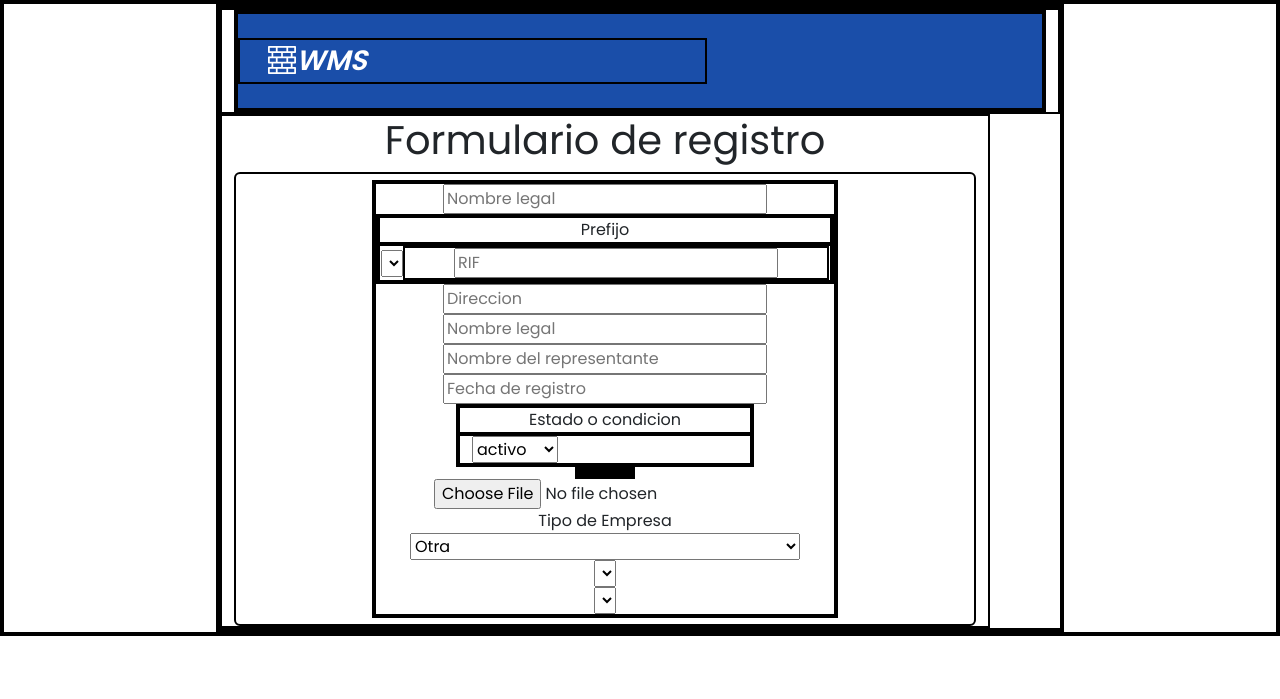
Repository: Rafa-x64/Gestion_inventario_practica
Page: http://localhost/Gestion_inventario/index.php?page=registro-empresa
These files come from the project's save history. The page is drawn as it stood at one moment and after a run of saves; the edit follows.
The browser window is 1280 px wide. The pictures show the whole page.
The page is run by PHP 8.4 with error messages shown; the project is at /var/www/html/.

Above is the page before, as saved 2025-07-23 17:08:12.

### index.php
<?php
require_once "config/app.php";
require_once "controller/vistaC.php";

$controlador = new vistaC();
$controlador->cargarVista();

### config/app.php
<?php

const SERVERURL = "http://localhost/Gestion_inventario/";

const NOMBRE_APLICACION = "WMS";

const MONEDA = ["bolivar" => "Bs.", "dolar" => "$", "euro" => "€", "pesos" => "$", "real" => "R$"];

date_default_timezone_set("America/Caracas");

### controller/vistaC.php
<?php
require_once("./model/vistaM.php"); //debe incluir el codigo del modelo

class vistaC extends vistaM //extiende del modelo para usar sus metodos
{

    public function cargarVista() //funcion que carga la vista segun la url que se obtiene como parametro
    {
        if (isset($_GET["page"])) { //page es el parametro especificado en .htaccess
            $vista = self::obtenerVista($_GET["page"]); //se asigna esa url a vista si esta establecido
        } else {
            $vista = "inicio-view.php"; //se muestra el inicio si no esta establecido el parametro en la url
        }

        require("view/plantilla.php"); //se requiere la plantilla para poder mostrar esa vista
    }
}

### model/vistaM.php
<?php

class vistaM
{
    //metodo que obtiene la vista que se le asigna en $pagina
    protected static function obtenerVista($pagina) //recive una variable pagina
    {
        $paginas_existentes = ["404", "inicio-sesion", "inicio", "registro-empresa"]; //lista de paginas del proyecto
        if (!in_array($pagina, $paginas_existentes)) { //si no esta en el array entonces...
            return "404-view.php"; //pagina de 404
            exit();
        }

        return $pagina . "-view.php"; //retorna $pagina-view para ser abierta por el controlador si esa pagina existe en la lista
    }
}

### view/plantilla.php
    <?php

    //aqui se ejecuta la vista y se muestran los includes si la pagina cumple cierta condicion

    if ($vista != "inicio-view.php" && $vista != "404-view.php" && $vista != "inicio-sesion-view.php" && $vista != "registro-empresa-view.php") {
        include("view/includes/links.php");
        require("view/includes/header.html");
        include("php/" . $vista);
        require("view/includes/footer.html");
        include("view/includes/scripts.php");
    }

    include("view/includes/links.php");
    require("php/" . $vista);
    include("view/includes/scripts.php");

    ?>

### view/includes/links.php
<!DOCTYPE html>
<html lang="en">

<head>
    <meta charset="UTF-8">
    <meta name="viewport" content="width=device-width, initial-scale=1.0">
    <title><?php echo NOMBRE_APLICACION; ?></title>
    <link href="https://cdn.jsdelivr.net/npm/bootstrap@5.3.7/dist/css/bootstrap.min.css" rel="stylesheet"
        integrity="sha384-LN+7fdVzj6u52u30Kp6M/trliBMCMKTyK833zpbD+pXdCLuTusPj697FH4R/5mcr" crossorigin="anonymous">
    <link rel="stylesheet" href="https://cdn.jsdelivr.net/npm/bootstrap-icons@1.10.5/font/bootstrap-icons.css">
    <link rel="stylesheet" href="<?php echo SERVERURL ?>view/css/bordes.css">
    <link rel="stylesheet" href="<?php echo SERVERURL ?>view/css/inicio-view.css">
    <link rel="shortcut icon" href="<?php echo SERVERURL ?>view/images/bootstrap-fill.ico" type="image/x-icon">
    <link rel="stylesheet" href="<?php echo SERVERURL ?>view/css/registro-empresa-view.css">
</head>

<body>

### view/php/registro-empresa-view.php
<style>
    [class*="col"],
    [class*="row"],
    [class*="section"] {
        border: 2px solid black;
    }

    [class*="container"] {
        border: 2px solid black;
    }
</style>
<div class="container-fluid">
    <div class="row d-flex flex-column align-items-center justify-content-center">
        <div class="col-8 align-items-center justify-content-center">
            <div class="row">
                <div class="col">
                    <header id="barra-navegacion">
                        <div class="container-fluid pt">
                            <div class="row flex-row py-4">
                                <div class="col-7 d-flex flex-row justify-content-start">
                                    <i class="bi bi-bricks fs-3 ps-3 text-white">WMS</i>
                                </div>
                            </div>
                        </div>
                    </header>
                </div>
                <div class="col-11 d-flex flex-column align-items-center justify-content-center">
                    <h1>Formulario de registro</h1>
                    <form action="" method="post" class="form-control d-flex flex-column align-items-center justify-content-center">
                        <div class="row d-flex flex-row align-items-center justify-content-center">
                            <div class="col-12 d-flex flex-column align-items-center justify-content-center">
                                <input type="text" name="" id="nombre_legal" placeholder="Nombre legal">
                                <div class="row">
                                    <div class="col-12 text-center">
                                        <label for="prefijo">Prefijo</label>
                                    </div>
                                    <div class="col-12 d-flex flex-row align-items-center justify-content-center">
                                        <select name="prefijo" id="prefijo">
                                            <option value="J"></option>
                                            <option value="G"></option>
                                            <option value="P"></option>
                                            <option value="C"></option>
                                        </select>
                                        <div class="col-12 d-flex flex-row align-items-center justify-content-center">
                                            <input type="text" name="" id="rif" placeholder="RIF">
                                        </div>
                                    </div>
                                </div>
                                <input type="text" name="" id="direccion" placeholder="Direccion">
                                <input type="text" name="" id="nombre_legal" placeholder="Nombre legal">
                                <input:mail id="correo" placeholder="Correo electronico"></input:mail>
                                <input type="text" name="" id="nombre_representante" placeholder="Nombre del representante"><input type="text" name="" id="fecha_registro" placeholder="Fecha de registro">
                                <div class="row">
                                    <div class="col-12 text-center">
                                        <label for="estado_condicion">Estado o condicion</label>
                                    </div>
                                    <div class="col-12">
                                        <select name="estado_condicion" id="estado_condicion">
                                            <option value="activo">activo</option>
                                            <option value="inactivo">inactivo</option>
                                        </select>
                                    </div>
                                </div>
                                <div class="row">
                                    <div class="col-12"></div>
                                    <div class="col-12"></div>
                                </div>
                                <label for="logo"></label>
                                <input type="file" name="logo" id="logo">
                                <label for="tipo_empresa">Tipo de Empresa</label>
                                <select name="tipo_empresa" id="tipo_empresa">
                                    <option value="otra">Otra</option>
                                    <option value="persona_natural">Persona Natural</option>
                                    <option value="sociedad_anonima">Sociedad Anónima (S.A.)</option>
                                    <option value="sociedad_de_responsabilidad_limitada">Sociedad de Responsabilidad Limitada (S.R.L.)</option>
                                    <option value="sociedad_comanditaria">Sociedad Comanditaria</option>
                                    <option value="sociedad_civil">Sociedad Civil</option>
                                    <option value="cooperativa">Cooperativa</option>
                                    <option value="fundacion">Fundación</option>
                                    <option value="comunidad_de_bienes">Comunidad de Bienes</option>
                                    <option value="empresa_del_estado">Empresa del Estado</option>
                                    <option value="comercial">Comercial</option>
                                    <option value="industrial">Industrial</option>
                                    <option value="servicios">Servicios</option>
                                    <option value="agropecuario">Agropecuario</option>
                                    <option value="tecnologico">Tecnológico</option>
                                    <option value="salud">Salud</option>
                                    <option value="educacion">Educación</option>
                                    <option value="transporte">Transporte</option>
                                    <option value="construccion">Construcción</option>
                                    <option value="turismo">Turismo</option>
                                    <option value="financiero">Financiero</option>
                                    <option value="energia">Energía</option>
                                    <option value="local">Local</option>
                                    <option value="regional">Regional</option>
                                    <option value="nacional">Nacional</option>
                                    <option value="multinacional">Multinacional</option>
                                    <option value="transnacional">Transnacional</option>
                                    <option value="microempresa">Microempresa</option>
                                    <option value="pequena">Pequeña</option>
                                    <option value="mediana">Mediana</option>
                                    <option value="grande">Grande</option>
                                    <option value="privada">Privada</option>
                                    <option value="publica">Pública</option>
                                    <option value="mixta">Mixta</option>
                                    <option value="primario">Primario</option>
                                    <option value="secundario">Secundario</option>
                                    <option value="terciario">Terciario</option>
                                    <option value="cuaternario">Cuaternario</option>
                                    <option value="quinario">Quinario</option>
                                </select>
                                <select name="" id="">Moneda
                                    <option value=""></option>
                                    <option value=""></option>
                                    <option value=""></option>
                                </select><select name="" id="">Zona horaria
                                    <option value=""></option>
                                </select>
                            </div>
                        </div>
                    </form>
                </div>
            </div>
        </div>
    </div>
</div>

<?php
include("./controller/registroEmpresaC.php");
$registro = registroEmpresaC::getFormulario($_POST);
?>

### controller/registroEmpresaC.php
<?php

include_once("./model/mainModel.php");
include_once("./model/empresaM.php");

class registroEmpresaC extends mainModel
{

    public static function getFormulario($formulario) {}

    public static function validar_rif()
    {
        /*Se usa el algoritmo Módulo 11, que toma los primeros 9 caracteres y les aplica una
        fórmula ponderada. El resultado final es el dígito verificador que valida el número
        completo.*/
    }
}

### model/mainModel.php
<?php

include_once("./config/server.php");

class mainModel
{

    protected static function conectar_base_datos()
    {
        try {
            $con = new PDO(SGBD, USUARIO, CONSTRASEÑA);
            $con->exec("SET CARACTER SET utf8");
            return $con;
        } catch (PDOException $e) {
            echo $e->getMessage();
        }
    }

    protected static function consulta_simple($sentenciaSQL)
    {
        $operacion = self::conectar_base_datos()->prepare($sentenciaSQL);
        $operacion->execute();
        return $operacion;
    }
}

### config/server.php
<?php

const SGBD = "mysql:host=localhost;dbname=WMS";

const USUARIO = "root";

const CONSTRASEÑA = "";

const METHOD = "AES-256-CBC";

### model/empresaM.php
<?php

include_once("./model/mainModel.php");

class empresaM extends mainModel
{
    private $id_empresa = ""; //crear una funcion que genere el id de la empresa
    private $nombre_legal = "";
    private $prefijo = "";//letra inicial del rif
    private $rif = ""; //validar que sea un rif valido segun el pais
    private $direccion = "";
    private $contacto = "";
    private $correo = "";
    private $nombre_representante = "";
    private $fecha_registro = ""; //date
    private $estado_condicion = ""; //booleano
    private $logo = ""; //imagen;
    private $tipo_empresa = "";
    private $moneda = ""; //seleccionar las monedas existentes en ./config/server.php
    private $zona_horaria = "";

    public function __construct(
        $nombre_legal,
        $rif,
        $direccion,
        $contacto,
        $correo,
        $nombre_representante,
        $fecha_registro,
        $estado_condicion,
        $logo,
        $tipo_empresa,
        $moneda,
        $zona_horaria
    ) {
        $this->id_empresa = $this->generarIdEmpresa();
        $this->nombre_legal = $nombre_legal;
        $this->rif = $rif;
        $this->direccion = $direccion;
        $this->contacto = $contacto;
        $this->correo = $correo;
        $this->nombre_representante = $nombre_representante;
        $this->fecha_registro = $fecha_registro;
        $this->estado_condicion = $estado_condicion;
        $this->logo = $logo;
        $this->tipo_empresa = $tipo_empresa;
        $this->moneda = $moneda;
        $this->zona_horaria = $zona_horaria;
    }

    private function generarIdEmpresa()
    {
        return uniqid("EMP_");
    }

    public function getIdEmpresa()
    {
        return $this->id_empresa;
    }

    public function getNombreLegal()
    {
        return $this->nombre_legal;
    }

    public function setNombreLegal($nombre_legal)
    {
        $this->nombre_legal = $nombre_legal;
    }

    public function getRif()
    {
        return $this->rif;
    }

    public function setRif($rif)
    {
        $this->rif = $rif;
    }

    public function getDireccion()
    {
        return $this->direccion;
    }

    public function setDireccion($direccion)
    {
        $this->direccion = $direccion;
    }

    public function getContacto()
    {
        return $this->contacto;
    }

    public function setContacto($contacto)
    {
        $this->contacto = $contacto;
    }

    public function getCorreo()
    {
        return $this->correo;
    }

    public function setCorreo($correo)
    {
        $this->correo = $correo;
    }

    public function getNombreRepresentante()
    {
        return $this->nombre_representante;
    }

    public function setNombreRepresentante($nombre_representante)
    {
        $this->nombre_representante = $nombre_representante;
    }

    public function getFechaRegistro()
    {
        return $this->fecha_registro;
    }

    public function setFechaRegistro($fecha_registro)
    {
        $this->fecha_registro = $fecha_registro;
    }

    public function getEstadoCondicion()
    {
        return $this->estado_condicion;
    }

    public function setEstadoCondicion($estado_condicion)
    {
        $this->estado_condicion = $estado_condicion;
    }

    public function getLogo()
    {
        return $this->logo;
    }

    public function setLogo($logo)
    {
        $this->logo = $logo;
    }

    public function getTipoEmpresa()
    {
        return $this->tipo_empresa;
    }

    public function setTipoEmpresa($tipo_empresa)
    {
        $this->tipo_empresa = $tipo_empresa;
    }

    public function getMoneda()
    {
        return $this->moneda;
    }

    public function setMoneda($moneda)
    {
        $this->moneda = $moneda;
    }

    public function getZonaHoraria()
    {
        return $this->zona_horaria;
    }

    public function setZonaHoraria($zona_horaria)
    {
        $this->zona_horaria = $zona_horaria;
    }

    public function __toString()
    {
        return "Empresa: {$this->nombre_legal}, RIF: {$this->rif}, Dirección: {$this->direccion}, Contacto: {$this->contacto}, Correo: {$this->correo}, Representante: {$this->nombre_representante}, Fecha de registro: {$this->fecha_registro}, Estado: {$this->estado_condicion}, Tipo: {$this->tipo_empresa}, Moneda: {$this->moneda}, Zona horaria: {$this->zona_horaria}";
    }
}

### view/includes/scripts.php
</body>

<script src="https://cdn.jsdelivr.net/npm/bootstrap@5.3.7/dist/js/bootstrap.bundle.min.js"
    integrity="sha384-ndDqU0Gzau9qJ1lfW4pNLlhNTkCfHzAVBReH9diLvGRem5+R9g2FzA8ZGN954O5Q"
    crossorigin="anonymous">
</script>

</html>

### view/css/bordes.css
@import url('https://fonts.googleapis.com/css2?family=Poppins:wght@300;400;600&display=swap');

body {
    margin: 0;
    padding: 0;
    font-size: 1rem;
    font-weight: 600;
    font-family: 'Poppins', sans-serif;
}

/*----------comentar para ocultar los bordes visibles--------------*/
[class*="col"],
[class*="row"],
[class*="section"] {
    border: 2px solid black;
}

[class*="container"] {
    border: 2px solid black;
}

### view/css/inicio-view.css
#main {
    background-color: #e5eeff;
}

#barra-navegacion {
    background-color: #1a4ea9;
}

#eslogan {
    color: white;
}

#registro-sesion a {
    text-decoration: none;
    color: white;
    border-radius: 1rem;
}

#registro,
#inicio-sesion {
    border-radius: 1rem;
}



#conocenos h1 {
    color: #1a4ea9;
    font-size: 3.5rem;
    font-weight: bold;
}

#comparativa {
    position: relative;
    background-color: white;
    border-radius: 1rem;
    box-shadow: 0 4px 12px #c5d3e0;
}

.icono-superior {
    position: absolute;
    top: -25px;
    /* sobresale por arriba */
    right: -20px;
    /* sobresale por la izquierda */
    z-index: 9999;
}

#comparativa h1 {
    font-size: 2.5rem;
    font-weight: bold;
}

#comparativa i {
    color: #00923F !important;
}

#comparativa b {
    color: #1a4ea9;
}

Loaded but not shown: view/css/registro-empresa-view.css (no copy from this time; the picture is the same without it)

After the next 5 saves:
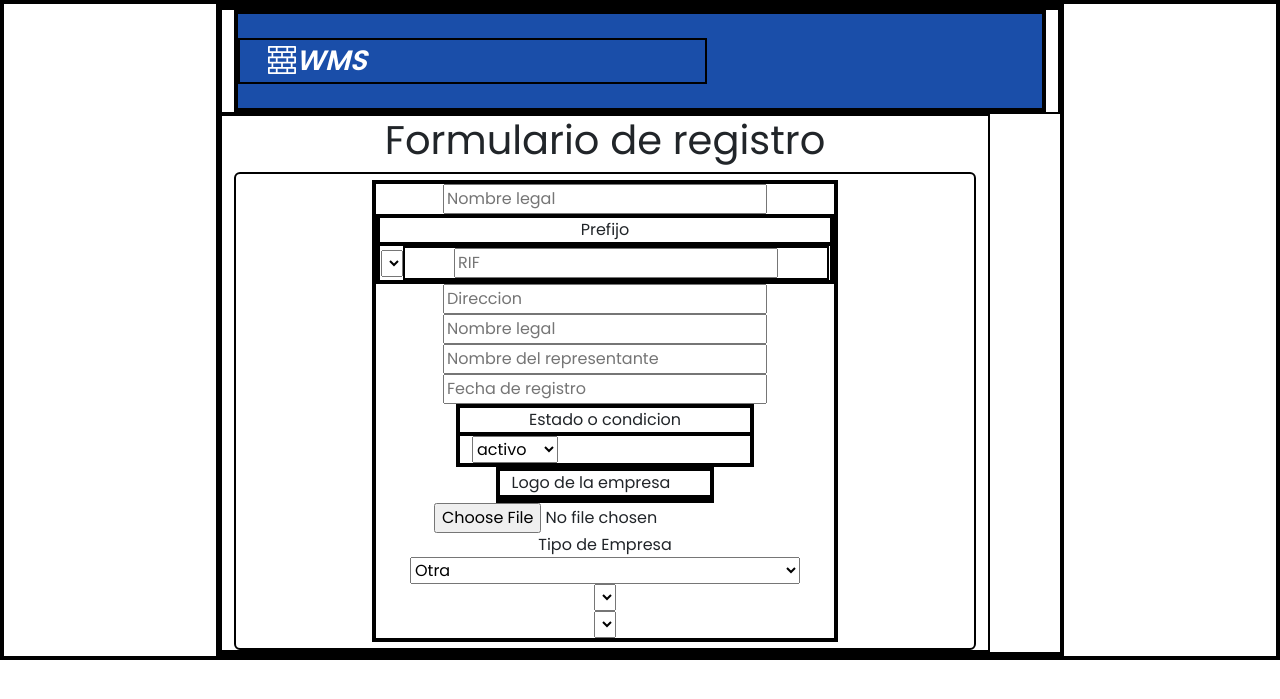
The 5 saves are shown as one change because they came seconds apart.
The last was saved 17 s later.
--- a/view/php/registro-empresa-view.php
+++ b/view/php/registro-empresa-view.php
@@ -62,10 +62,9 @@
                                     </div>
                                 </div>
                                 <div class="row">
-                                    <div class="col-12"></div>
+                                    <div class="col-12"><label for="logo">Logo de la empresa</label></div>
                                     <div class="col-12"></div>
                                 </div>
-                                <label for="logo"></label>
                                 <input type="file" name="logo" id="logo">
                                 <label for="tipo_empresa">Tipo de Empresa</label>
                                 <select name="tipo_empresa" id="tipo_empresa">
